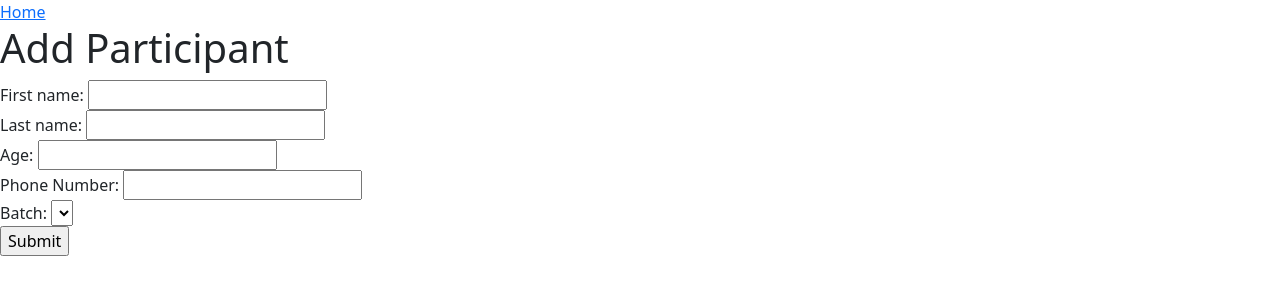
Repository: Jannis-Buschhaus/simplilearn-assessment-phase2
Page: http://localhost/FunfitWebapp/ParticipantsController?target=addParticipant
These files come from the project's save history. The page is drawn as it stood at one moment and after the next save; the edit follows.
The browser window is 1280 px wide. The pictures show the whole page.
The page is served by Tomcat 9. Other server files are loaded and not shown. Queries for data that is not in the repository find no rows.

Above is the page before, as saved 2024-05-30 14:24:22.

### FunfitWebapp/src/main/webapp/addParticipant.jsp
<%@ page language="java" contentType="text/html; charset=UTF-8"
    pageEncoding="UTF-8"%>
    <%@ taglib prefix="c" uri="http://java.sun.com/jsp/jstl/core" %>
<!DOCTYPE html>
<html>
<head>
<meta charset="UTF-8">
<title>Add Participant</title>
<link href="https://cdn.jsdelivr.net/npm/bootstrap@5.3.3/dist/css/bootstrap.min.css" rel="stylesheet" integrity="sha384-QWTKZyjpPEjISv5WaRU9OFeRpok6YctnYmDr5pNlyT2bRjXh0JMhjY6hW+ALEwIH" crossorigin="anonymous">
</head>
<body>
	<a href="index.jsp">Home</a>
	<h1>Add Participant</h1>
	<form action="ParticipantsController" method="post">
		<label for="fname">First name:</label>
		<input type="text" name="fname" /><br />
		<label for="lname">Last name:</label>
		<input type="text" name="lname" /><br />
		<label for="age">Age:</label>
		<input type="number" name="age" /><br />
		<label for="phoneNumber">Phone Number:</label>
		<input type="text" name="phoneNumber" /><br />
		<label for="batchId">Batch:</label>
		<select name="batchId">
			<c:forEach var="batch" items="${ sessionScope.batch }">
				<option value="${ batch.getBatchId() }">${ batch.getTypeOfBatch() } ${ batch.getTime() }</option>
			</c:forEach>
		</select><br />
		<input type="submit" value="Submit" />
	</form>
</body>
</html>

### FunfitWebapp/src/main/java/com/funfit/controller/ParticipantsController.java
package com.funfit.controller;

import java.io.IOException;
import java.io.PrintWriter;
import java.util.List;

import javax.servlet.RequestDispatcher;
import javax.servlet.ServletException;
import javax.servlet.annotation.WebServlet;
import javax.servlet.http.HttpServlet;
import javax.servlet.http.HttpServletRequest;
import javax.servlet.http.HttpServletResponse;
import javax.servlet.http.HttpSession;

import com.funfit.bean.Batch;
import com.funfit.bean.Participants;
import com.funfit.service.BatchService;
import com.funfit.service.ParticipantsService;

@WebServlet("/ParticipantsController")
public class ParticipantsController extends HttpServlet {
	private static final long serialVersionUID = 1L;

    public ParticipantsController() {
        super();
    }

	protected void doGet(HttpServletRequest request, HttpServletResponse response) throws ServletException, IOException {
		HttpSession hs = request.getSession();
		List<Batch> lb = BatchService.getBatch();
		hs.setAttribute("batch", lb);
		if(request.getParameter("target").equals("addParticipant")) {
			RequestDispatcher rd = request.getRequestDispatcher("addParticipant.jsp");
			rd.forward(request, response);
		}
		else {
			RequestDispatcher rd = request.getRequestDispatcher("viewParticipants.jsp");
			List<Participants> lp = ParticipantsService.getParticipants();
			hs.setAttribute("participants", lp);
			rd.forward(request, response);
		}
	}

	protected void doPost(HttpServletRequest request, HttpServletResponse response) throws ServletException, IOException {
		PrintWriter pw = response.getWriter();

		List<Batch> lb = BatchService.getBatch();
		HttpSession hs = request.getSession();
		hs.setAttribute("batch", lb);

		Participants p = new Participants();
		p.setFname(request.getParameter("fname"));
		p.setLname(request.getParameter("lname"));
		p.setAge(Integer.parseInt(request.getParameter("age")));
		p.setPhoneNumer(request.getParameter("phoneNumber"));
		p.setBatchId(Integer.parseInt(request.getParameter("batchId")));

		response.setContentType("text/html");

		if(request.getParameter("update") != null) {
			p.setPartId(Integer.parseInt(request.getParameter("partId")));
			List<Participants> lp = ParticipantsService.updateParticipant(p);
			if(lp != null) {
				hs.setAttribute("participants", lp);
				pw.println("Participant updated successfully");
			} else {
				pw.println("Participant update unsuccessful");
			}
			RequestDispatcher rd = request.getRequestDispatcher("viewParticipants.jsp");
			rd.include(request, response);
		} else {
			pw.println(ParticipantsService.addParticipant(p));
			RequestDispatcher rd = request.getRequestDispatcher("addParticipant.jsp");
			rd.include(request, response);
		}
	}

	@Override
	protected void doPut(HttpServletRequest req, HttpServletResponse resp) throws ServletException, IOException {
		System.out.println("doPut() called");
	}

	@Override
	protected void doDelete(HttpServletRequest req, HttpServletResponse resp) throws ServletException, IOException {
		int partId = Integer.parseInt(req.getParameter("id"));
		PrintWriter pw = resp.getWriter();
		RequestDispatcher rd = req.getRequestDispatcher("viewParticipants.jsp");
		resp.setContentType("text/html");
		pw.println(ParticipantsService.deleteParticipant(partId));
		rd.include(req, resp);
	}
}

### FunfitWebapp/src/main/java/com/funfit/service/BatchService.java
package com.funfit.service;

import java.util.List;

import com.funfit.bean.Batch;
import com.funfit.dao.BatchDao;

public class BatchService {
	public static String addBatch(Batch batch) {
		if(BatchDao.addBatch(batch) > 0) {
			return "Batch details added.";
		} else {
			return "Batch details were not added.";
		}
	}

	public static List<Batch> getBatch(){
		return BatchDao.getBatch();
	}

	public static String deleteBatch(int batchId) {
		if(BatchDao.deleteBatch(batchId) > 0) {
			return "Batch "+batchId+"deleted successfully";
		} else {
			return "Unable to delete batchID: "+batchId;
		}
	}

	public static List<Batch> updateBatch(Batch b) {
		List<Batch> lb = BatchDao.updateBatch(b);
		if(lb != null) {
			return lb;
		} else {
			return null;
		}
	}
}

### FunfitWebapp/src/main/java/com/funfit/dao/BatchDao.java
package com.funfit.dao;

import java.sql.Connection;
import java.sql.PreparedStatement;
import java.sql.ResultSet;
import java.util.ArrayList;
import java.util.List;

import com.funfit.bean.Batch;
import com.funfit.resource.DbResource;

public class BatchDao {

		public static int addBatch (Batch batch) {
			try {
				Connection con = DbResource.getConnection();
				PreparedStatement pstmt = con.prepareStatement("insert into batch values(null, ?, ?);");
				pstmt.setString(1, batch.getTypeOfBatch());
				pstmt.setString(2, batch.getTime());
				return pstmt.executeUpdate();
			} catch (Exception e) {
				System.err.println(e.getMessage());
				return 0;
			}
		}
		public static List<Batch> getBatch(){
			try {
				List<Batch> lb = new ArrayList();
				Connection con = DbResource.getConnection();
				PreparedStatement pstmt = con.prepareStatement("select * from batch;");
				ResultSet rs = pstmt.executeQuery();
				while(rs.next()) {
					Batch b = new Batch();
					b.setBatchId(rs.getInt(1));
					b.setTypeOfBatch(rs.getString(2));
					b.setTime(rs.getString(3));
					lb.add(b);
				}
				return lb;
			} catch (Exception e) {
				System.err.println(e.getMessage());
				return null;
			}
		}
		public static int deleteBatch(int batchId) {
			try {
				Connection con = DbResource.getConnection();
				PreparedStatement pstmt = con.prepareStatement("delete from batch where batchId=?;");
				pstmt.setInt(1, batchId);
				return pstmt.executeUpdate();
			} catch (Exception e) {
				return 0;
			}

		}

		public static List<Batch> updateBatch(Batch b) {
			try {
				Connection con = DbResource.getConnection();
				PreparedStatement pstmt = con.prepareStatement("update batch set typeOfBatch=?, time=? where batchId=?;");
				pstmt.setString(1, b.getTypeOfBatch());
				pstmt.setString(2, b.getTime());
				pstmt.setInt(3, b.getBatchId());
				int result = pstmt.executeUpdate();
				if (result > 0) {
					List<Batch> lb = new ArrayList();
					PreparedStatement pstmt2 = con.prepareStatement("select * from batch;");
					ResultSet rs = pstmt2.executeQuery();
					while(rs.next()) {
						Batch bb = new Batch();
						bb.setBatchId(rs.getInt(1));
						bb.setTypeOfBatch(rs.getString(2));
						bb.setTime(rs.getString(3));
						lb.add(bb);
					}
					return lb;
				} else {
					return null;
				}
			} catch (Exception e) {
				return null;
			}
		}
}

### FunfitWebapp/src/main/java/com/funfit/resource/DbResource.java
package com.funfit.resource;

import java.sql.Connection;
import java.sql.DriverManager;

public class DbResource {
	public static Connection getConnection () {
		try {
			Class.forName("com.mysql.cj.jdbc.Driver");
			Connection con = DriverManager.getConnection("jdbc:mysql://10.99.0.2:3306/funfit_db", "remoteUser", "my_password");
			return con;
		} catch (Exception e) {
			System.err.println(e.getMessage());
			return null;
		}
	}
}

After the next save:
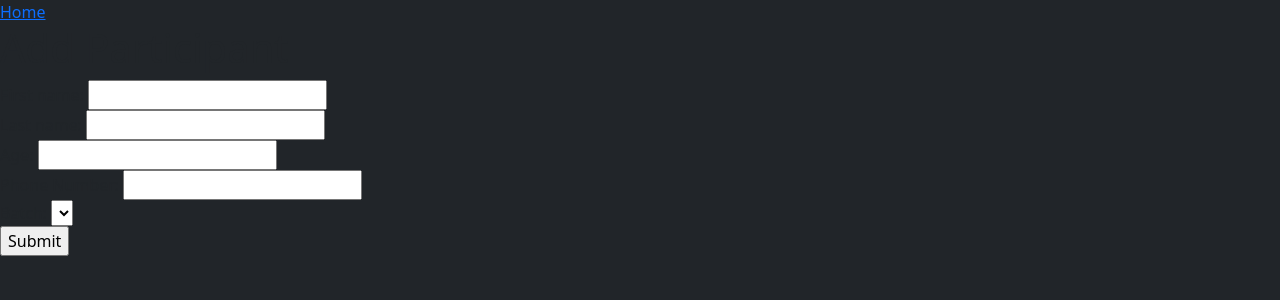
Saved 17 s later.
--- a/FunfitWebapp/src/main/webapp/addParticipant.jsp
+++ b/FunfitWebapp/src/main/webapp/addParticipant.jsp
@@ -8,7 +8,7 @@
 <title>Add Participant</title>
 <link href="https://cdn.jsdelivr.net/npm/bootstrap@5.3.3/dist/css/bootstrap.min.css" rel="stylesheet" integrity="sha384-QWTKZyjpPEjISv5WaRU9OFeRpok6YctnYmDr5pNlyT2bRjXh0JMhjY6hW+ALEwIH" crossorigin="anonymous">
 </head>
-<body>
+<body class="bg-dark">
 	<a href="index.jsp">Home</a>
 	<h1>Add Participant</h1>
 	<form action="ParticipantsController" method="post">
